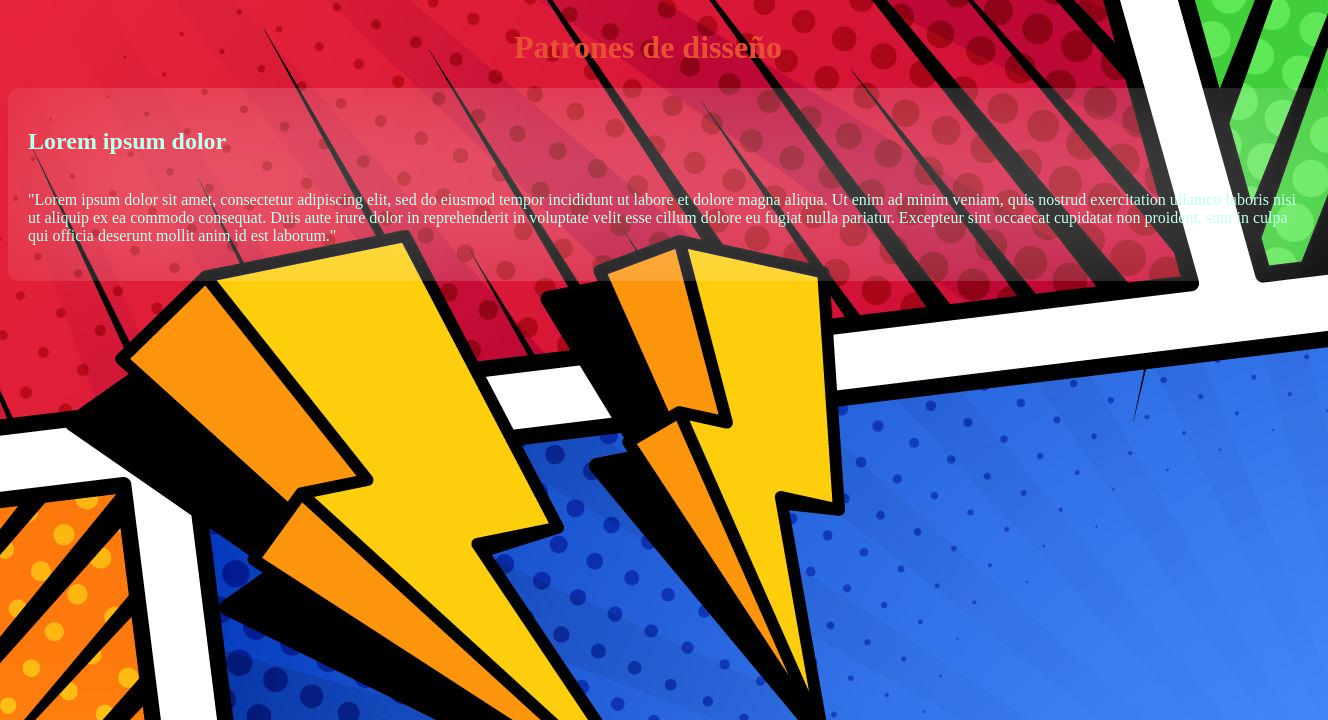
Repository: nrsWebs/design-pattern-es
Page: index.html
The author's editor kept a copy of each file at every save. The page is drawn from the files as they stood at one save, then again after the next save.
The browser window is 1280 px wide. The page is 1328 px wide, so the pictures cover 1328 px, including what lies to the right of the window. The pictures show the whole page.

Above is the page before, as saved 2021-02-06 19:00:59.

After the next save:
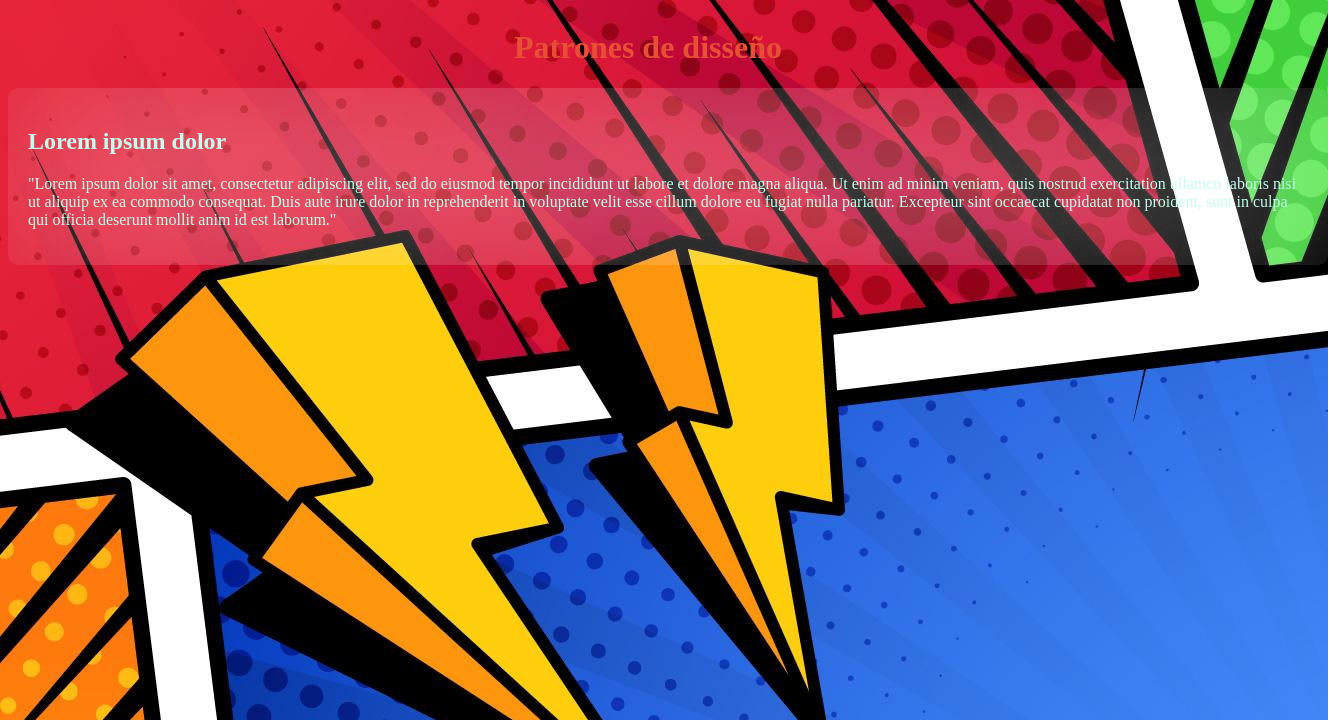
Saved 3 min 2 s later.
--- a/index.html
+++ b/index.html
@@ -9,8 +9,10 @@
         <h1>Patrones de disseño</h1>
         <div class="box">
             <div class="glass"></div>
-            <h2>Lorem ipsum dolor</h2>
-            <p>"Lorem ipsum dolor sit amet, consectetur adipiscing elit, sed do eiusmod tempor incididunt ut labore et dolore magna aliqua. Ut enim ad minim veniam, quis nostrud exercitation ullamco laboris nisi ut aliquip ex ea commodo consequat. Duis aute irure dolor in reprehenderit in voluptate velit esse cillum dolore eu fugiat nulla pariatur. Excepteur sint occaecat cupidatat non proident, sunt in culpa qui officia deserunt mollit anim id est laborum."</p>
+            <div>
+                <h2>Lorem ipsum dolor</h2>
+                <p>"Lorem ipsum dolor sit amet, consectetur adipiscing elit, sed do eiusmod tempor incididunt ut labore et dolore magna aliqua. Ut enim ad minim veniam, quis nostrud exercitation ullamco laboris nisi ut aliquip ex ea commodo consequat. Duis aute irure dolor in reprehenderit in voluptate velit esse cillum dolore eu fugiat nulla pariatur. Excepteur sint occaecat cupidatat non proident, sunt in culpa qui officia deserunt mollit anim id est laborum."</p>
+            </div>
         </div>
     </div>
 </body>
